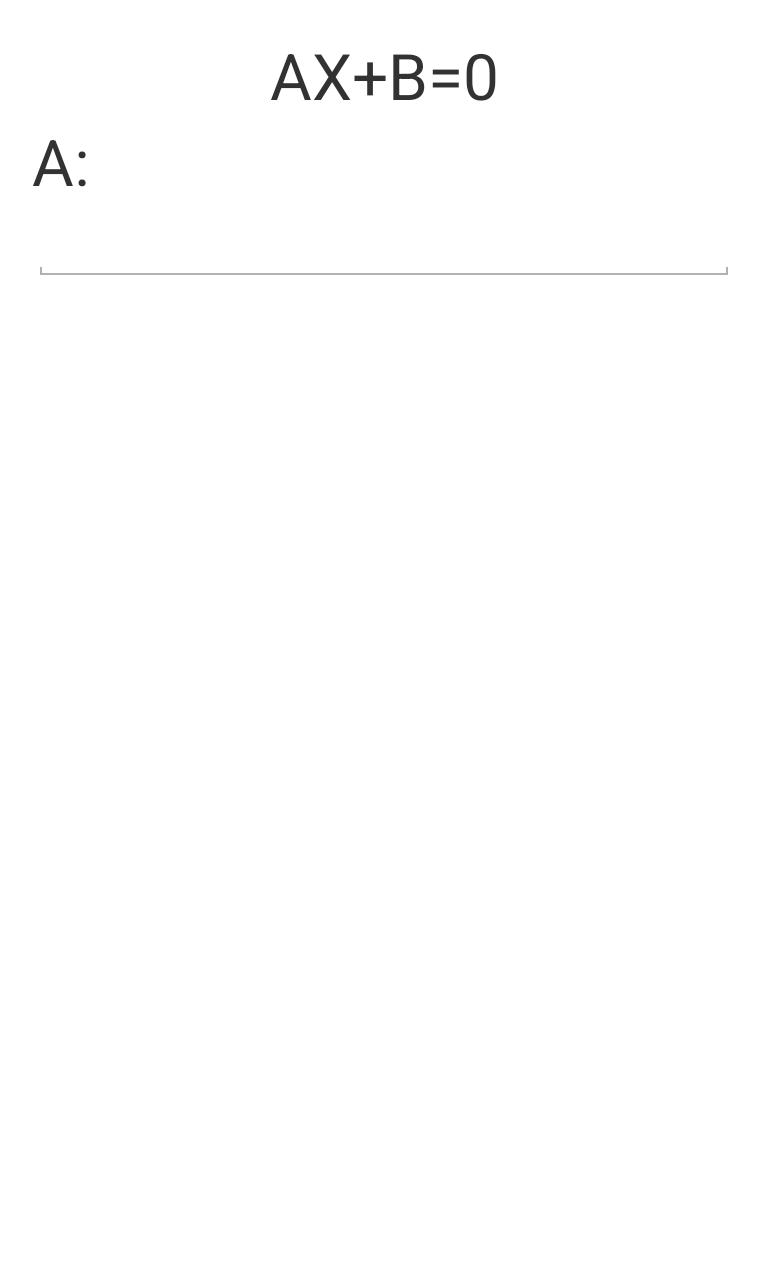
Repository: erickluz/Android
Layout: EquacaoPrimeiroGrau/res/layout/activity_main.xml
An editor plug-in stored every save of this project. The layout is shown before and after a run of saves, followed by the edit.
It is drawn on a 768 x 1280 px phone screen (xhdpi) without system bars, with theme AppTheme; the app's code is not run.

Above is the layout before, as saved 2016-03-14 23:31:53.

After the next 2 saves:
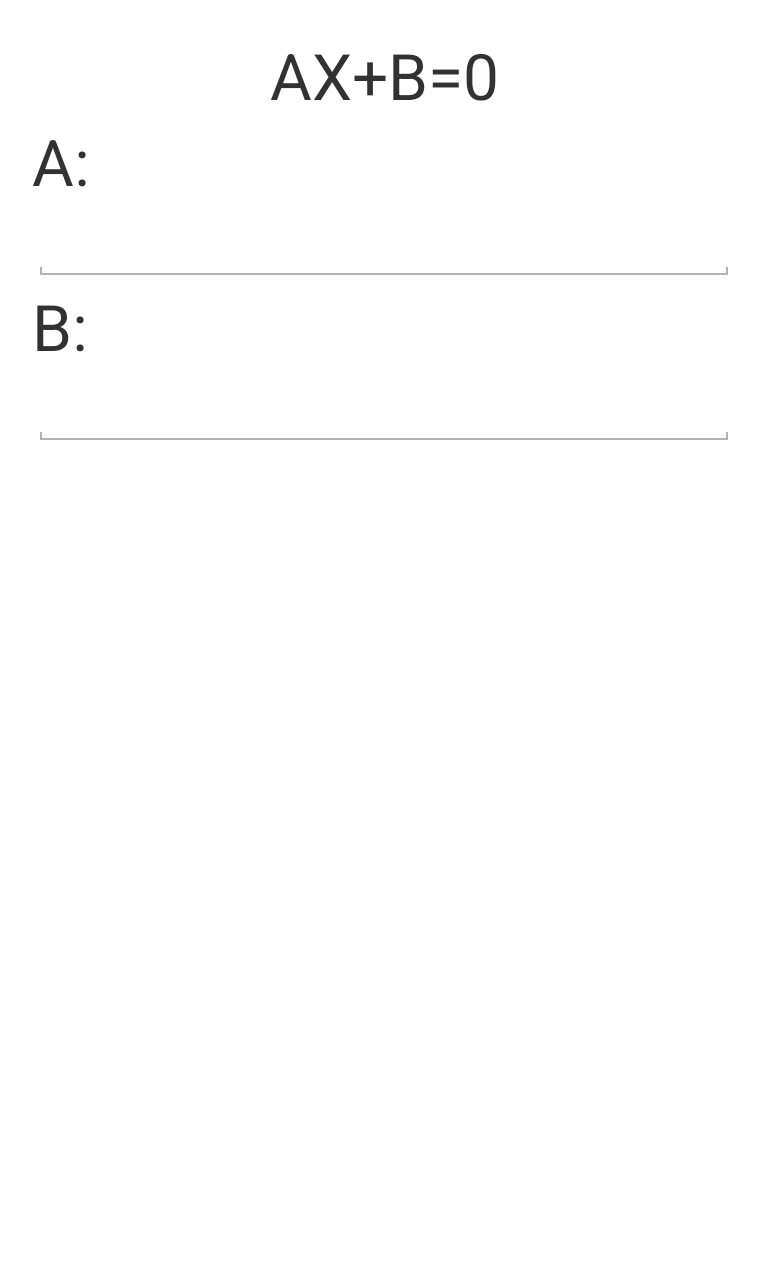
The 2 saves are shown as one change because they came seconds apart.
The last was saved 11 s later.
--- a/EquacaoPrimeiroGrau/res/layout/activity_main.xml
+++ b/EquacaoPrimeiroGrau/res/layout/activity_main.xml
@@ -29,4 +29,16 @@
         android:layout_height="wrap_content"
 		android:inputType="number"/>
 
+    <TextView
+        android:layout_width="fill_parent"
+        android:layout_height="wrap_content"
+        android:textSize="32sp"
+        android:text="@string/B" />
+
+    <EditText
+        android:id="@+id/txtB"
+        android:labelFor="@+id/txtB"
+        android:layout_width="fill_parent"
+        android:layout_height="wrap_content"
+		android:inputType="number"/>
 </LinearLayout>
